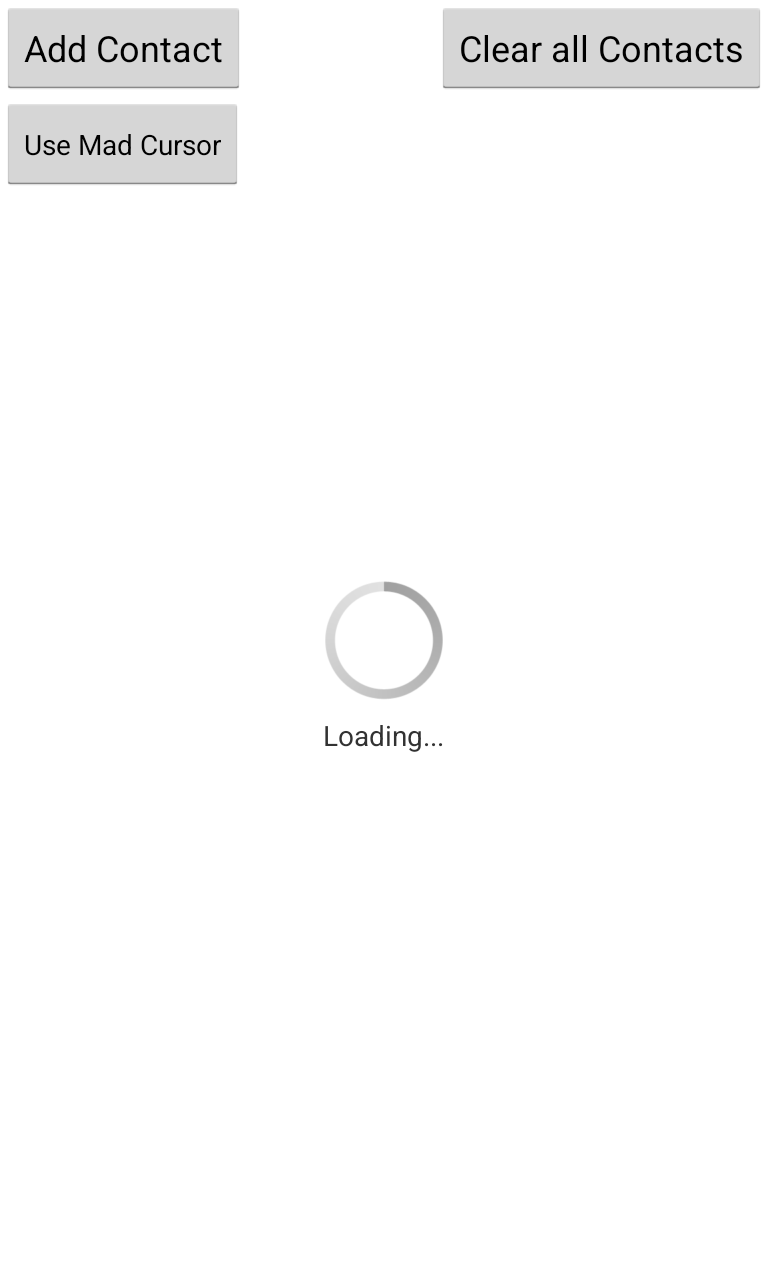
Repository: yoszka/Andro_apps
Layout: ContactsTest/res/layout/activity_main.xml
An editor plug-in stored every save of this project. The layout is shown before and after the next save, followed by the edit.
It is drawn on a 768 x 1280 px phone screen (xhdpi) without system bars, with theme AppTheme; the app's code is not run.

Above is the layout before, as saved 2013-02-13 23:52:28.

### ContactsTest/res/layout/activity_main.xml
<RelativeLayout xmlns:android="http://schemas.android.com/apk/res/android"
    xmlns:tools="http://schemas.android.com/tools"
    android:layout_width="match_parent"
    android:layout_height="match_parent"
    tools:context=".MainActivity" >

    <Button
        android:id="@+id/button1"
        android:layout_width="wrap_content"
        android:layout_height="wrap_content"
        android:layout_alignParentLeft="true"
        android:layout_alignParentTop="true"
        android:onClick="addContactClick"
        android:text="Add Contact" />

    <Button
        android:id="@+id/button2"
        android:layout_width="wrap_content"
        android:layout_height="wrap_content"
        android:layout_alignParentRight="true"
        android:layout_alignParentTop="true"
        android:onClick="deleteAllContactsClick"
        android:text="Clear all Contacts" />

    <Button
        android:id="@+id/button3"
        style="?android:attr/buttonStyleSmall"
        android:layout_width="wrap_content"
        android:layout_height="wrap_content"
        android:layout_alignParentLeft="true"
        android:layout_below="@+id/button1"
        android:onClick="onClickUseMadCursor"
        android:text="Use Mad Cursor" />

    <ProgressBar
        android:id="@+id/progressBarLoading"
        style="?android:attr/progressBarStyleLarge"
        android:layout_width="wrap_content"
        android:layout_height="wrap_content"
        android:layout_centerHorizontal="true"
        android:visibility="visible"
        android:layout_centerVertical="true" />

    <TextView
        android:id="@+id/textViewLoading"
        android:layout_width="wrap_content"
        android:layout_height="wrap_content"
        android:layout_below="@+id/progressBarLoading"
        android:layout_centerHorizontal="true"
        android:text="@string/tv_txt_loading"
        android:visibility="visible" />

</RelativeLayout>

### ContactsTest/res/values/strings.xml
<?xml version="1.0" encoding="utf-8"?>
<resources>

    <string name="app_name">ContactsTest</string>
    <string name="tv_txt_loading">Loading...</string>
    <string name="menu_settings">Settings</string>

</resources>

Loaded but not shown: ContactsTest/res/values/styles.xml (common file); ContactsTest/res/values-v11/styles.xml (common file); ContactsTest/res/values-v14/styles.xml (common file)

After the next save:
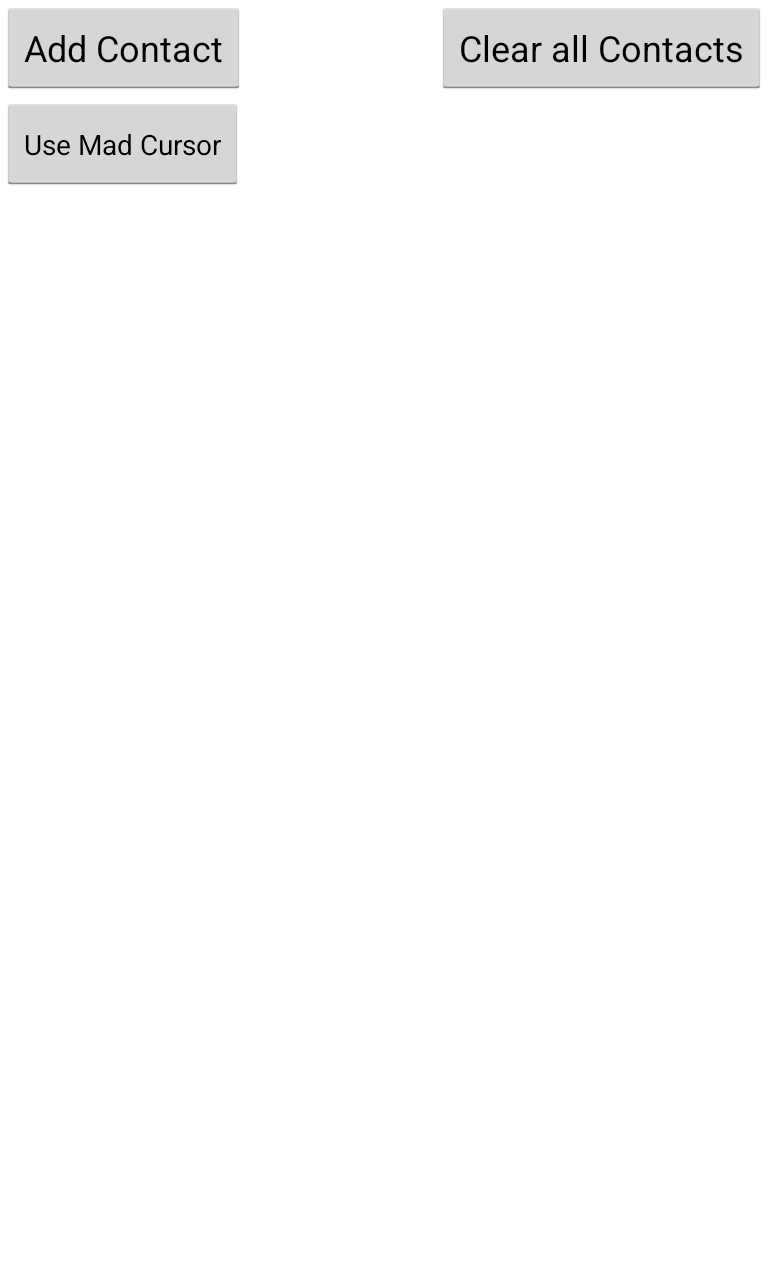
Saved 38 s later.
--- a/ContactsTest/res/layout/activity_main.xml
+++ b/ContactsTest/res/layout/activity_main.xml
@@ -38,7 +38,7 @@
         android:layout_width="wrap_content"
         android:layout_height="wrap_content"
         android:layout_centerHorizontal="true"
-        android:visibility="visible"
+        android:visibility="gone"
         android:layout_centerVertical="true" />
 
     <TextView
@@ -48,6 +48,6 @@
         android:layout_below="@+id/progressBarLoading"
         android:layout_centerHorizontal="true"
         android:text="@string/tv_txt_loading"
-        android:visibility="visible" />
+        android:visibility="gone" />
 
 </RelativeLayout>
